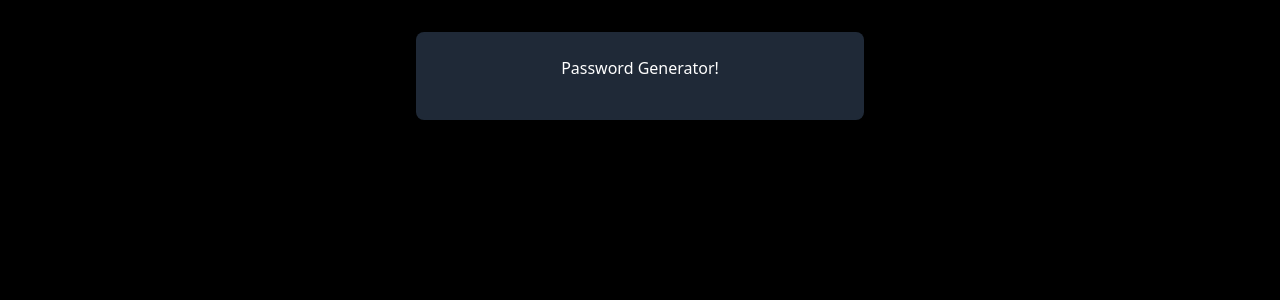
Repository: tirth2014/chai-aur-react
Page: / (app in 05_password-generator/)
These files come from the project's save history. The page is drawn as it stood at one moment and after the next save; the edit follows.
The browser window is 1280 px wide. The pictures show the whole page.
The project was rebuilt for these pictures with package versions that can differ from the ones it lists, and the page was loaded fresh each time. Also part of the build but not shown: 05_password-generator/vite.config.js.

Above is the page before, as saved 2023-10-07 16:34:40.

### 05_password-generator/src/App.jsx
import { useState } from 'react'

function App() {

  return (
    <>
    <div className="w-full max-w-md mx-auto shadow-md rounded-lg px-4 py-3 my-8 bg-gray-800 text-orange-500">
        <h1 className='text-white text-center my-3'>Password Generator!</h1>
        <div className='flex shadow rounded-lg overflow-hidden mb-4'></div>
      </div>
    </>
  )
}

export default App

Loaded but not shown: 05_password-generator/index.html (common file); 05_password-generator/src/main.jsx (common file); 05_password-generator/src/index.css (common file); 05_password-generator/tailwind.config.js (common file)

After the next save:
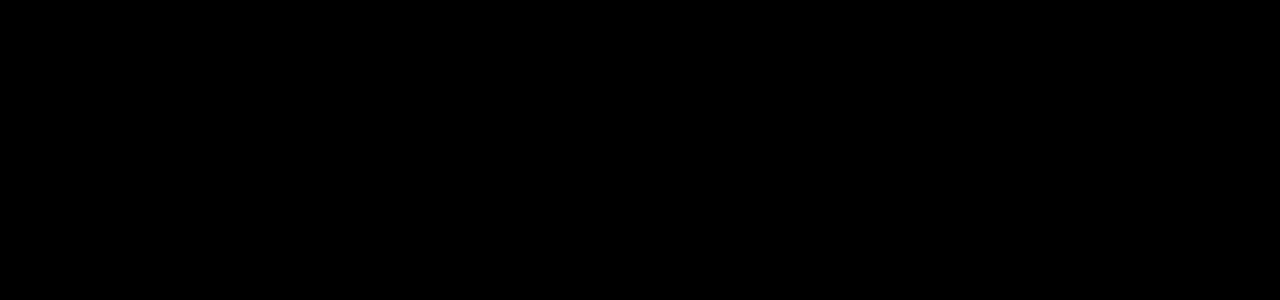
Console error (its wording comes from the project's code and is left out).
Saved 60 s later.
--- a/05_password-generator/src/App.jsx
+++ b/05_password-generator/src/App.jsx
@@ -6,7 +6,9 @@
     <>
     <div className="w-full max-w-md mx-auto shadow-md rounded-lg px-4 py-3 my-8 bg-gray-800 text-orange-500">
         <h1 className='text-white text-center my-3'>Password Generator!</h1>
-        <div className='flex shadow rounded-lg overflow-hidden mb-4'></div>
+        <div className='flex shadow rounded-lg overflow-hidden mb-4'>
+          <input type="text" >Password </input>
+        </div>
       </div>
     </>
   )

After the save that followed:
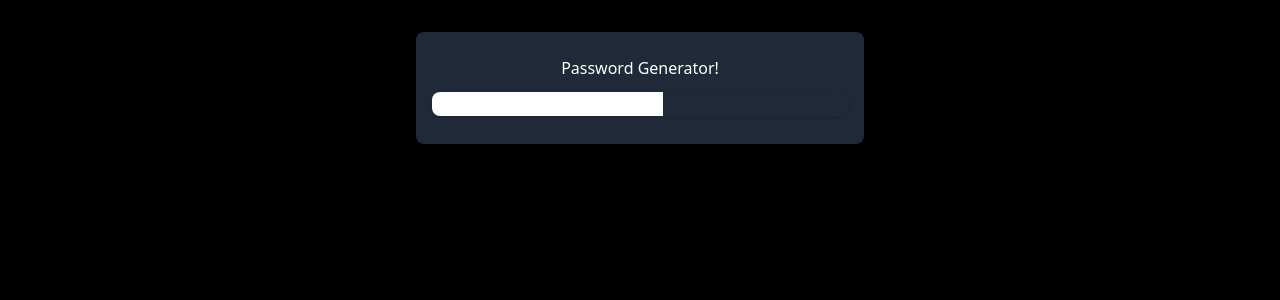
The error is gone.
Saved 60 s later.
--- a/05_password-generator/src/App.jsx
+++ b/05_password-generator/src/App.jsx
@@ -7,7 +7,7 @@
     <div className="w-full max-w-md mx-auto shadow-md rounded-lg px-4 py-3 my-8 bg-gray-800 text-orange-500">
         <h1 className='text-white text-center my-3'>Password Generator!</h1>
         <div className='flex shadow rounded-lg overflow-hidden mb-4'>
-          <input type="text" >Password </input>
+          <input type="text" />
         </div>
       </div>
     </>
